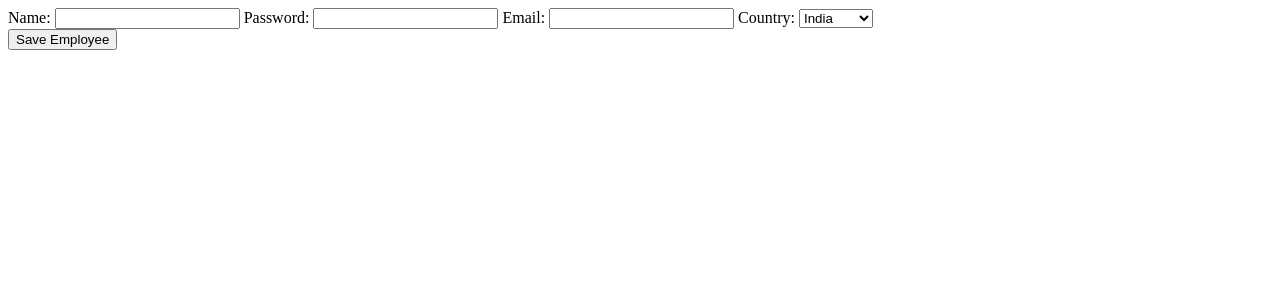
Repository: nikhil-jon12/lecture
Page: ServletCRUD/WebContent/index.html
These files come from the project's save history. The page is drawn as it stood at one moment and after the next save; the edit follows.
The browser window is 1280 px wide. The pictures show the whole page.

Above is the page before, as saved 2019-11-19 08:15:09.

### ServletCRUD/WebContent/index.html
<!DOCTYPE html>
<html>
<head>
<meta charset="ISO-8859-1">
<title>Insert title here</title>
</head>
<body>
	<form action="saveServlet" method="post">
		Name:
		<input type="text" name="txtName">
		Password:
		<input type="password" name="txtPass">
		Email:
		<input type="email" name="txtEmail">
		Country:
		<select name="country">
			<option>India</option>
			<option>USA</option>
			<option>UK</option>
			<option>Australia</option>
		</select>
	</form>
	<input type="submit" value="Save Employee">
</body>
</html>

After the next save:
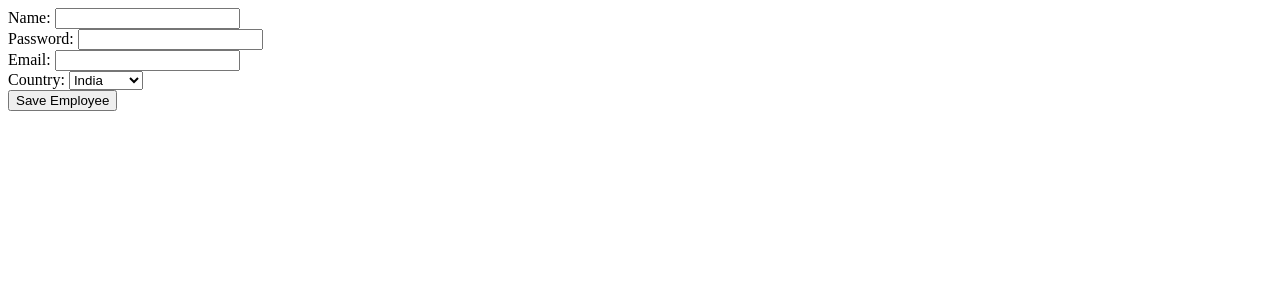
Saved 78 s later.
--- a/ServletCRUD/WebContent/index.html
+++ b/ServletCRUD/WebContent/index.html
@@ -7,11 +7,11 @@
 <body>
 	<form action="saveServlet" method="post">
 		Name:
-		<input type="text" name="txtName">
+		<input type="text" name="txtName"><br>
 		Password:
-		<input type="password" name="txtPass">
+		<input type="password" name="txtPass"><br>
 		Email:
-		<input type="email" name="txtEmail">
+		<input type="email" name="txtEmail"><br>
 		Country:
 		<select name="country">
 			<option>India</option>
